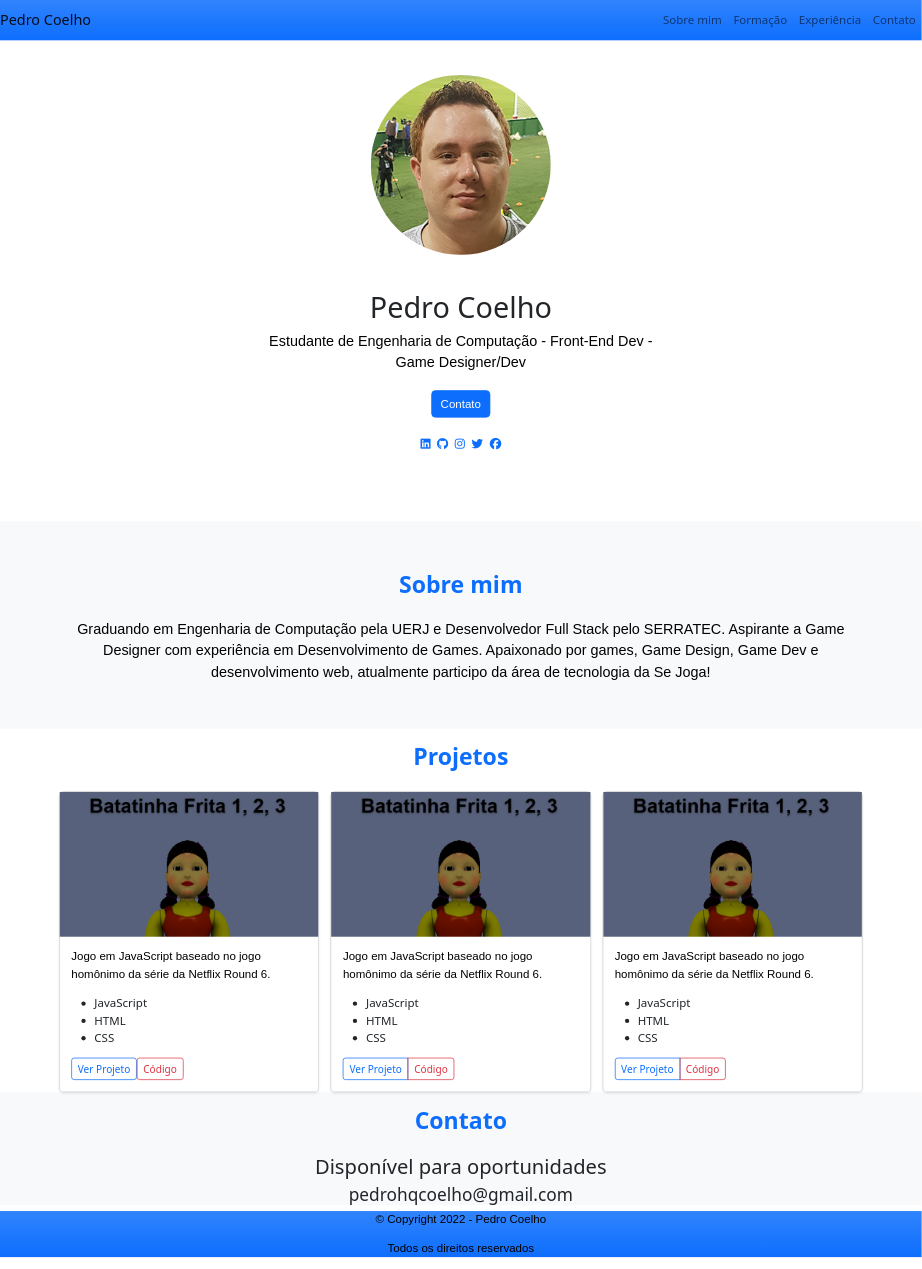
Repository: PedroHQCoelho/portfolio
Page: index.html
The author's editor kept a copy of each file at every save. The page is drawn from the files as they stood at one save, then again after the next save.
The browser window is 1280 px wide. The pictures show the whole page, at 72% of full size.
Some web libraries are served in a nearby version.

Above is the page before, as saved 2022-05-26 19:29:35.

### index.html
<!DOCTYPE html>
<html lang="pt-BR">
<head>
    <meta charset="UTF-8">
    <meta http-equiv="X-UA-Compatible" content="IE=edge">
    <meta name="viewport" content="width=device-width, initial-scale=1.0">
    <title>Pedro Coelho - Portfólio</title>
    <link href="https://cdn.jsdelivr.net/npm/bootstrap@5.2.0-beta1/dist/css/bootstrap.min.css" rel="stylesheet" integrity="sha384-0evHe/X+R7YkIZDRvuzKMRqM+OrBnVFBL6DOitfPri4tjfHxaWutUpFmBp4vmVor" crossorigin="anonymous">
    <script src="https://cdn.jsdelivr.net/npm/bootstrap@5.2.0-beta1/dist/js/bootstrap.bundle.min.js" integrity="sha384-pprn3073KE6tl6bjs2QrFaJGz5/SUsLqktiwsUTF55Jfv3qYSDhgCecCxMW52nD2" crossorigin="anonymous"></script>
    <script src="https://cdn.jsdelivr.net/npm/@popperjs/core@2.11.5/dist/umd/popper.min.js" integrity="sha384-Xe+8cL9oJa6tN/veChSP7q+mnSPaj5Bcu9mPX5F5xIGE0DVittaqT5lorf0EI7Vk" crossorigin="anonymous"></script>
    <script src="https://cdn.jsdelivr.net/npm/bootstrap@5.2.0-beta1/dist/js/bootstrap.min.js" integrity="sha384-kjU+l4N0Yf4ZOJErLsIcvOU2qSb74wXpOhqTvwVx3OElZRweTnQ6d31fXEoRD1Jy" crossorigin="anonymous"></script>
    <script src="https://kit.fontawesome.com/65e0a77774.js" crossorigin="anonymous"></script>
    <link rel="stylesheet" href="style.css">
</head>
<body>
    <nav class="navbar navbar-expand-lg navbar-light bg-primary bg-gradient">
        <a class="navbar-brand textoBranco" href="#">Pedro Coelho</a>
        <button class="navbar-toggler" type="button" data-toggle="collapse" data-target="#navbarSupportedContent" aria-controls="navbarSupportedContent" aria-expanded="false" aria-label="Toggle navigation">
          <span class="navbar-toggler-icon"></span>
        </button>

        <div class="collapse navbar-collapse" id="navbarSupportedContent">
          <ul class="navbar-nav me-auto">

          </ul>
          <ul class="navbar-nav">
            <li class="nav-item">
                <a class="nav-link textoBranco" href="#">Sobre mim</a>
            </li>
            <li class="nav-item">
                <a class="nav-link" href="#">Formação</a>
            </li>
            <li class="nav-item">
                <a class="nav-link" href="#">Experiência</a>
            </li>
            <li class="nav-item">
                <a class="nav-link" href="#">Contato</a>
            </li>
          </ul>
        </div>
    </nav>

    <section class="py-5 text-center container">
        <img class="foto-perfil" src="img/foto-rosto.png" alt="foto perfil">
        <div class="row py-lg-5">
            <div class="col-lg-6 col-md-8 mx-auto">
            <h1 class="fw-light">Pedro Coelho</h1>
            <p class="lead">Estudante de Engenharia de Computação - Front-End Dev - Game Designer/Dev</p>
            <p>
              <a href="#" class="btn btn-primary my-2">Contato</a>
            </p>
            <a href="https://www.linkedin.com/in/pedrohqcoelho/" target="_blank" title="Linkedin - Pedro Coelho"><i class="fab fa-linkedin"></i></a>
            <a href="https://github.com/PedroHQCoelho" target="_blank" title="Github - PedroHQCoelho"><i class="icones fab fa-github"></i></a>
            <a href="https://www.instagram.com/pedro.hq.coelho/" target="_blank" title="Instagram - @pedro.hq.coelho"><i class="icones fab fa-instagram"></i></a>
            <a href="https://twitter.com/pedrohqcoelho" target="_blank" title="Twitter - @pedrohqcoelho"><i class="icones fab fa-twitter"></i></a>
            <a href="https://www.facebook.com/pedrohqcoelho" target="_blank" title="Facebook - Pedro Coelho"><i class="icones fab fa-facebook"></i></a>
          </div>
        </div>
    </section>

    <div class="album py-5 bg-light">

        <!--Sobre mim-->

        <section class="jumbotron text-center">
          <div class="container">
            <h2 class="jumbotron-heading titulosAzuis">Sobre mim</h2>
            <p class="lead">
              Graduando em Engenharia de Computação pela UERJ e Desenvolvedor Full Stack pelo SERRATEC.
              Aspirante a Game Designer com experiência em Desenvolvimento de Games.
              Apaixonado por games, Game Design, Game Dev e desenvolvimento web, atualmente participo da área de tecnologia da Se Joga!
            </p>
          </div>
        </section>
      </div>

        <!--Projetos-->

        <div class="container">
          <h2 class="jumbotron-heading text-center titulosAzuis">Projetos</h2>
          <div class="row row-cols-1 row-cols-sm-2 row-cols-md-3 g-3">
            <div class="col">
              <div class="card shadow-sm">
                <img src="img/batatinhafrita123.png" alt="">
                <div class="card-body">
                  <p class="card-text">Jogo em JavaScript baseado no jogo homônimo da série da Netflix Round 6.</p>
                  <ul>
                    <li>JavaScript</li>
                    <li>HTML</li>
                    <li>CSS</li>
                  </ul>
                  <div class="d-flex justify-content-between align-items-center">
                    <div class="btn-group">
                      <a href="https://batatinha-frita-1-2-3.netlify.app/" target="_blank" rel="noopener noreferrer">
                        <button type="button" class="btn btn-sm btn-outline-primary">Ver Projeto</button>
                      </a>
                      <a href="https://github.com/PedroHQCoelho/batatinha-frita-1-2-3" target="_blank" rel="noopener noreferrer">
                        <button type="button" class="btn btn-sm btn-outline-danger">Código</button>
                      </a>
                    </div>
                  </div>
                </div>
              </div>
            </div>
            <div class="col">
              <div class="card shadow-sm">
                <img src="img/batatinhafrita123.png" alt="">
                <div class="card-body">
                  <p class="card-text">Jogo em JavaScript baseado no jogo homônimo da série da Netflix Round 6.</p>
                  <ul>
                    <li>JavaScript</li>
                    <li>HTML</li>
                    <li>CSS</li>
                  </ul>
                  <div class="d-flex justify-content-between align-items-center">
                    <div class="btn-group">
                      <button type="button" class="btn btn-sm btn-outline-primary">Ver Projeto</button>
                      <button type="button" class="btn btn-sm btn-outline-danger">Código</button>
                    </div>
                  </div>
                </div>
              </div>
            </div>
            <div class="col">
              <div class="card shadow-sm">
                <img src="img/batatinhafrita123.png" alt="">
                <div class="card-body">
                  <p class="card-text">Jogo em JavaScript baseado no jogo homônimo da série da Netflix Round 6.</p>
                  <ul>
                    <li>JavaScript</li>
                    <li>HTML</li>
                    <li>CSS</li>
                  </ul>
                  <div class="d-flex justify-content-between align-items-center">
                    <div class="btn-group">
                      <button type="button" class="btn btn-sm btn-outline-primary">Ver Projeto</button>
                      <button type="button" class="btn btn-sm btn-outline-danger">Código</button>
                    </div>
                  </div>
                </div>
              </div>
            </div>

          </div>
        </div>

        <!--Contato-->
        <section>
          <div class="container-fluid bg-light">
            <h2 class="jumbotron-heading text-center titulosAzuis">Contato</h2>
            <h3 class="text-center">Disponível para oportunidades</h3>
            <h4 class="text-center">pedrohqcoelho@gmail.com</h4>
          </div>
        </section>

        <!--Footer-->
        <footer class="text-center bg-primary bg-gradient textoBranco">
          <p>© Copyright 2022 - Pedro Coelho</p>
          <p>Todos os direitos reservados</p>
        </footer>
</body>
</html>

### style.css
.foto-perfil {
    height: 100%;
    width: auto;
    max-width: 100%;
    border-radius: 50%;
}

p {
    font-family:Arial, Helvetica, sans-serif;
    color: black !important;
}

.icones {
    padding-left: 5px;
}

.titulosBrancos {
    text-decoration: underline;
    text-underline-position: below;
    padding-bottom: 20px;
    text-transform: uppercase;
    font-weight: 700;
    color: white;
}

.titulosAzuis {
    padding: 20px;
    font-weight: 700;
    color: #0d6efd;
}

textoBranco {
    color: white !important;
}

.jumbotron {
    margin-bottom: 0px;
}

.textoFooter {
    margin: 0;
    padding: 15px 0px 15px 0;
}

After the next save:
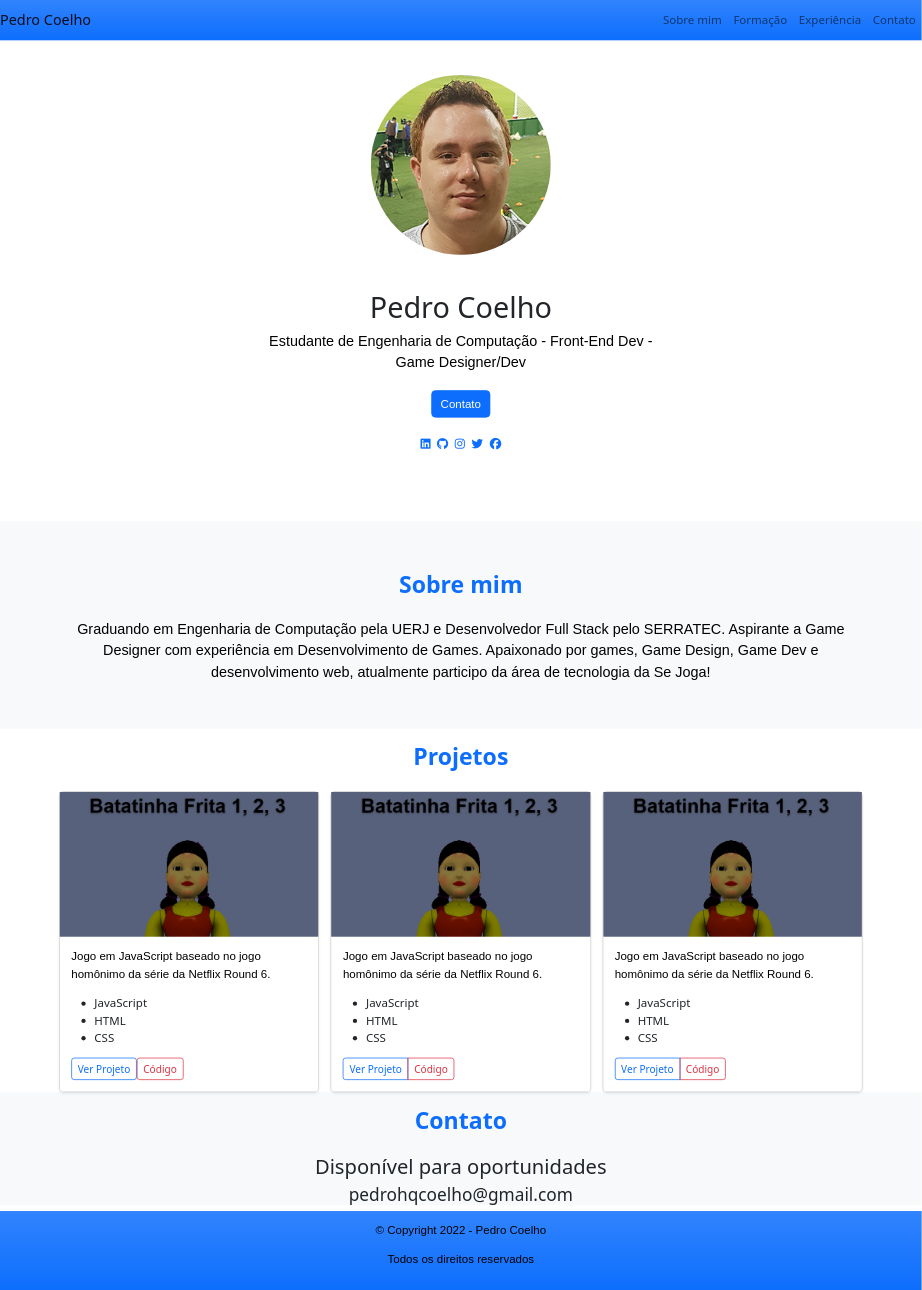
Saved 9 s later.
--- a/index.html
+++ b/index.html
@@ -154,7 +154,7 @@
         </section>
 
         <!--Footer-->
-        <footer class="text-center bg-primary bg-gradient textoBranco">
+        <footer class="text-center bg-primary bg-gradient textoFooter">
           <p>© Copyright 2022 - Pedro Coelho</p>
           <p>Todos os direitos reservados</p>
         </footer>
